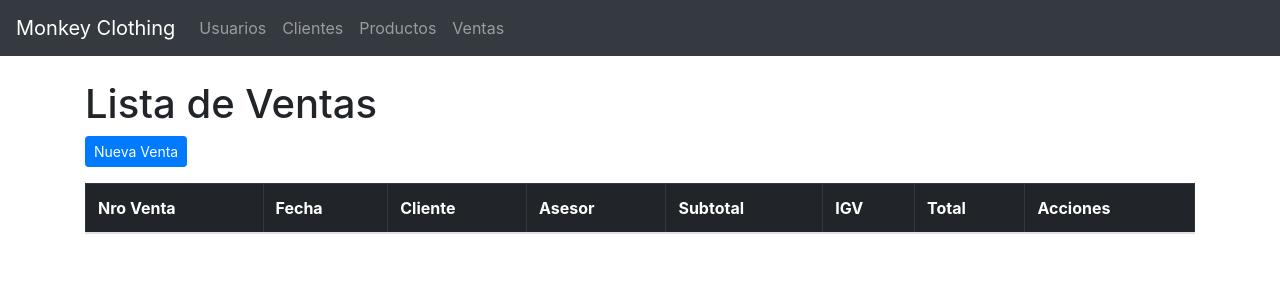
Repository: ZjhonzGz/MonkeyClothing
Page: http://localhost/venta/index
An editor plug-in stored every save of this project. The page is shown before and after the next save, followed by the edit.
The browser window is 1280 px wide. The pictures show the whole page.
The page is this project's Thymeleaf template; nobody is signed in. The template is opened directly, without the code that normally fills it, so the values that code supplies are empty.

Above is the page before, as saved 2026-02-21 00:33:12.

After the next save:
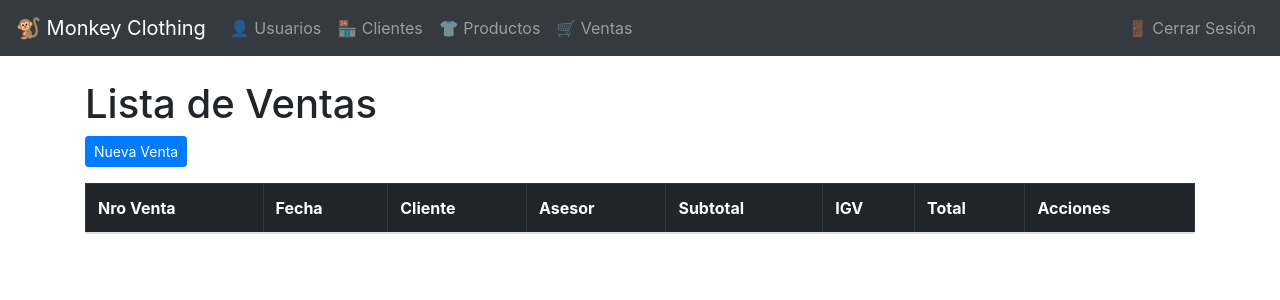
Saved 26 s later.
--- a/Monkey Clothing/monkeyclothing/src/main/resources/templates/venta/index.html
+++ b/Monkey Clothing/monkeyclothing/src/main/resources/templates/venta/index.html
@@ -7,17 +7,7 @@
           href="https://maxcdn.bootstrapcdn.com/bootstrap/4.0.0/css/bootstrap.min.css">
 </head>
 <body>
-<nav class="navbar navbar-expand-md bg-dark navbar-dark">
-    <a class="navbar-brand" href="#">Monkey Clothing</a>
-    <div class="collapse navbar-collapse">
-        <ul class="navbar-nav">
-            <li class="nav-item"><a class="nav-link" th:href="@{/usuario}">Usuarios</a></li>
-            <li class="nav-item"><a class="nav-link" th:href="@{/cliente}">Clientes</a></li>
-            <li class="nav-item"><a class="nav-link" th:href="@{/producto}">Productos</a></li>
-            <li class="nav-item"><a class="nav-link" th:href="@{/venta}">Ventas</a></li>
-        </ul>
-    </div>
-</nav>
+<nav th:replace="~{componentes/navbar :: navbar}"></nav>
 
 <div class="container mt-4">
     <h1>Lista de Ventas</h1>
